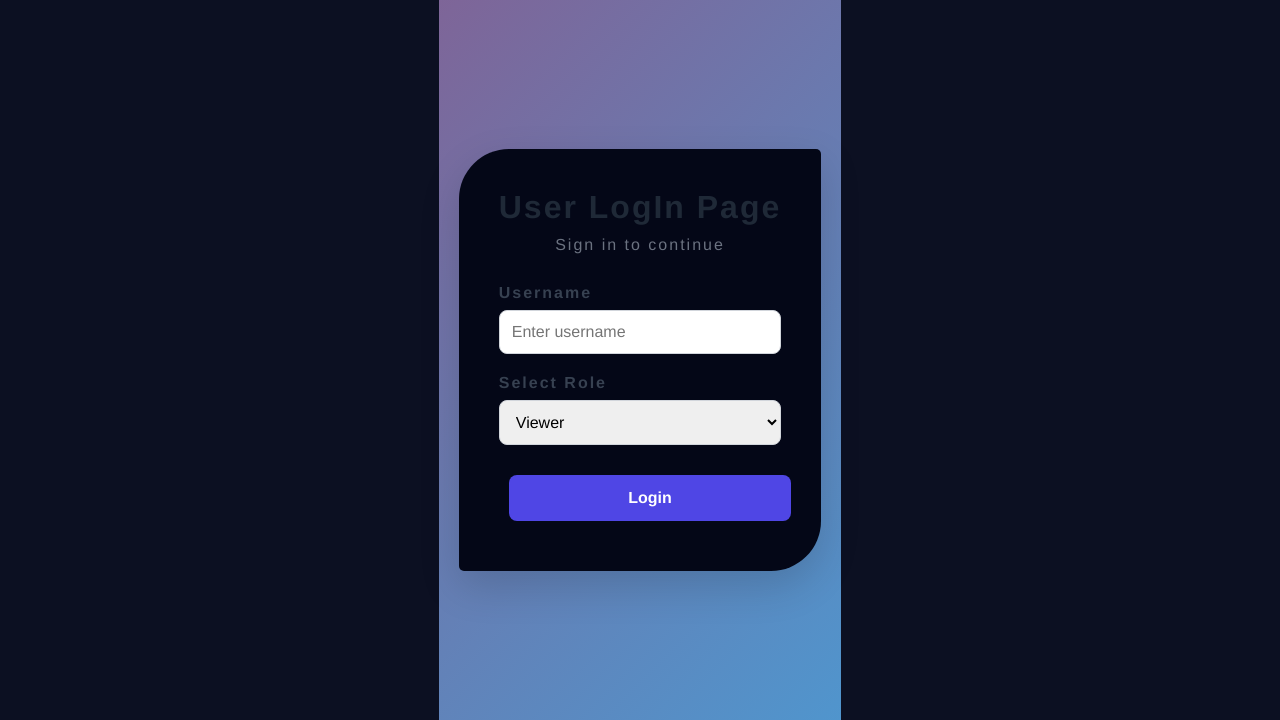
Repository: SolomonChinonso/myUserDashboard
Page: / (app in my-user-dashboard-app/)
An editor plug-in stored every save of this project. The page is shown before and after a run of saves, followed by the edit.
The browser window is 1280 px wide. The pictures show the whole page.
The project was rebuilt for these pictures with package versions that can differ from the ones it lists, and the page was loaded fresh each time. Also part of the build but not shown: my-user-dashboard-app/vite.config.ts, my-user-dashboard-app/src/App.css, my-user-dashboard-app/src/pages/Dashboard.tsx, my-user-dashboard-app/src/pages/Profile.tsx, my-user-dashboard-app/src/pages/Settings.tsx, my-user-dashboard-app/src/components/Navbar.tsx, my-user-dashboard-app/src/components/ProtectedRoute.tsx.

Above is the page before, as saved 2026-05-30 14:49:10.

### my-user-dashboard-app/index.html
<!doctype html>
<html lang="en">
  <head>
    <meta charset="UTF-8" />
    <link rel="icon" type="image/svg+xml" href="/favicon.svg" />
    <meta name="viewport" content="width=device-width, initial-scale=1.0" />
    <title>my-user-dashboard-app</title>
  </head>
  <body>
    <div id="root"></div>
    <script type="module" src="/src/main.tsx"></script>
  </body>
</html>

### my-user-dashboard-app/src/main.tsx
import React from "react";
import ReactDOM from "react-dom/client";
import App from "./App";
import { BrowserRouter } from "react-router-dom";
import { AuthProvider } from "./context/AuthProvider"
import "./index.css"


ReactDOM.createRoot(document.getElementById("root")!).render(
  <React.StrictMode>
    <BrowserRouter>
      <AuthProvider>
        <App />
      </AuthProvider>
    </BrowserRouter>
  </React.StrictMode>
);

### my-user-dashboard-app/src/App.tsx
import {
  Routes,
  Route,
  Navigate,
} from "react-router-dom";
import "./App.css"

import Login from "./pages/Login";
import Dashboard from "./pages/Dashboard";
import Profile from "./pages/Profile";
import Settings from "./pages/Settings";

import Navbar from "./components/Navbar";
import ProtectedRoute from "./components/ProtectedRoute";

import { useAuth } from "./hooks/useAuth";

function App() {
  const { user } = useAuth();

  return (
    <div className="app-section">
      {user && <Navbar />}

      <Routes>
        {/* Redirect homepage to login */}
        <Route
          path="/"
          element={<Navigate to="/login" replace />}
        />

        <Route
          path="/login"
          element={<Login />}
        />

        <Route
          path="/dashboard"
          element={
            <ProtectedRoute>
              <Dashboard />
            </ProtectedRoute>
          }
        />

        <Route
          path="/profile"
          element={
            <ProtectedRoute>
              <Profile />
            </ProtectedRoute>
          }
        />

        <Route
          path="/settings"
          element={
            <ProtectedRoute adminOnly>
              <Settings />
            </ProtectedRoute>
          }
        />

        {/* Catch-all route */}
        <Route
          path="*"
          element={<Navigate to="/login" replace />}
        />
      </Routes>
    </div>
  );
}

export default App;

### my-user-dashboard-app/src/context/AuthProvider.tsx
import {
  useState,
  type ReactNode,
} from "react";

import type { User } from "../types/user";

import { AuthContext } from "./AuthContext";

interface AuthProviderProps {
  children: ReactNode;
}

export const AuthProvider = ({
  children,
}: AuthProviderProps) => {
  const [user, setUser] =
    useState<User | null>(null);

  const login = (userData: User) => {
    setUser(userData);
  };

  const logout = () => {
    setUser(null);
  };

  return (
    <AuthContext.Provider
      value={{
        user,
        login,
        logout,
      }}
    >
      {children}
    </AuthContext.Provider>
  );
};

### my-user-dashboard-app/src/index.css
*{
    margin: 0;
    padding: 0;
    font-family: 'Franklin Gothic Medium', 'Arial Narrow', Arial, sans-serif;
    box-sizing: border-box;
}
body{
    display: flex;
    justify-content: center;
    align-items: center;
    letter-spacing: 2px;
    background-color: #0c1022;
}

### my-user-dashboard-app/src/pages/Login.tsx
// import { useState } from "react";
// import { useNavigate } from "react-router-dom";
// import { useAuth } from "../hooks/useAuth";
// import "./Login.css"

// const Login = () => {
//   const [username, setUsername] = useState("");
//   const [role, setRole] = useState("Viewer");

//   const { login } = useAuth();
//   const navigate = useNavigate();

//   const handleLogin = () => {
//     login({
//       username,
//       role: role as "Admin" | "Editor" | "Viewer",
//     });

//     navigate("/dashboard");
//   };

//   return (
//     <div className="login-page">
//       <h1>Login</h1>

//       <input
//         type="text"
//         placeholder="Username"
//         value={username}
//         onChange={(e) => setUsername(e.target.value)}
//       />

//       <select
//         value={role}
//         onChange={(e) => setRole(e.target.value)}
//       >
//         <option>Admin</option>
//         <option>Editor</option>
//         <option>Viewer</option>
//       </select>

//       <button onClick={handleLogin}>
//         Login
//       </button>
//     </div>
//   );
// };

// export default Login;
import { useState } from "react";
import { useNavigate } from "react-router-dom";
import { useAuth } from "../hooks/useAuth";
import "./Login.css";

const Login = () => {
  const [username, setUsername] = useState("");
  const [role, setRole] = useState("Viewer");

  const { login } = useAuth();
  const navigate = useNavigate();

  const handleLogin = () => {
    login({
      username,
      role: role as "Admin" | "Editor" | "Viewer",
    });

    navigate("/dashboard");
  };

  return (
    <div className="login-page">
      <div className="login-card">
        <h1>User LogIn Page</h1>
        <p className="subtitle">
          Sign in to continue
        </p>

        <div className="form-group">
          <label>Username</label>
          <input
            type="text"
            placeholder="Enter username"
            value={username}
            onChange={(e) =>
              setUsername(e.target.value)
            }
          />
        </div>

        <div className="form-group">
          <label>Select Role</label>
          <select
            value={role}
            onChange={(e) =>
              setRole(e.target.value)
            }
          >
            <option>Admin</option>
            <option>Editor</option>
            <option>Viewer</option>
          </select>
        </div>

        <button
          className="login-btn"
          onClick={handleLogin}
        >
          Login
        </button>
      </div>
    </div>
  );
};

export default Login;

### my-user-dashboard-app/src/hooks/useAuth.ts
import { useContext } from "react";

import { AuthContext } from "../context/AuthContext";

export const useAuth = () => {
  const context = useContext(AuthContext);

  if (!context) {
    throw new Error(
      "useAuth must be used inside AuthProvider"
    );
  }

  return context;
};

### my-user-dashboard-app/src/context/AuthContext.ts
import { createContext } from "react";

import type { User } from "../types/user";

export interface AuthContextType {
  user: User | null;
  login: (user: User) => void;
  logout: () => void;
}
export const AuthContext =
  createContext<AuthContextType | null>(null);

### my-user-dashboard-app/src/pages/Login.css
/* Full page layout */
.login-page {
  min-height: 100vh;
  display: flex;
  justify-content: center;
  align-items: center;

  background: linear-gradient(
    135deg,
    #7e6598,
    #5095cd
  );

  padding: 20px;
}

/* Login card */
.login-card {
  width: 100%;
  max-width: 400px;
  height: 70%;
  background: #040717;
  padding: 40px;
  border-radius: 50px 5px;
  display: flex;
  flex-direction: column;
  justify-content: c;
  box-shadow: 0 15px 40px
    rgba(0, 0, 0, 0.15);

  text-align: center;
}

/* Heading */
.login-card h1 {
  margin-bottom: 10px;
  color: #1f2937;
}

.subtitle {
  color: #6b7280;
  margin-bottom: 30px;
}

/* Form group */
.form-group {
  display: flex;
  flex-direction: column;
  text-align: left;
  margin-bottom: 20px;
}

.form-group label {
  margin-bottom: 8px;
  font-weight: 600;
  color: #374151;
}

/* Inputs */
.form-group input,
.form-group select {
  padding: 12px;
  border: 1px solid #d1d5db;
  border-radius: 8px;

  font-size: 16px;
  outline: none;

  transition: 0.3s ease;
}

.form-group input:focus,
.form-group select:focus {
  border-color: #4f46e5;
  box-shadow: 0 0 0 3px
    rgba(79, 70, 229, 0.15);
}

/* Button */
.login-btn {
  width: 100%;
  padding: 14px;

  border: none;
  border-radius: 8px;

  background: #4f46e5;
  color: white;

  font-size: 16px;
  font-weight: bold;

  cursor: pointer;
  transition: 0.3s ease;
}

.login-btn:hover {
  background: #4338ca;
  transform: translateY(-2px);
}

### my-user-dashboard-app/src/components/Navbar.css
nav{
    background-color: rgb(154, 195, 231);
    display: flex;
    justify-content: space-between;
    align-items: center;
    margin: 20px;
    padding: 30px;
    max-width: 100vw;
    border-radius: 50px;

}
.links{
    display: flex;
    gap: 20px;

}
a{
    font-family: Arial, Helvetica, sans-serif;
    text-decoration: none;
    color: rgb(4, 4, 21);

}
button{
    font-size: 1rem;
    color: #4d4894;
    padding: 5px 20px;
    margin: 10px;
    border: 2px solid #0ff;
    border-radius: 50px;
    background: transparent;
    cursor: pointer;
    transition: 0.3s ease-in-out;
}
span{
    order: -1;
    background: white;
    color: rgb(22, 24, 86);
}

After the next 5 saves:
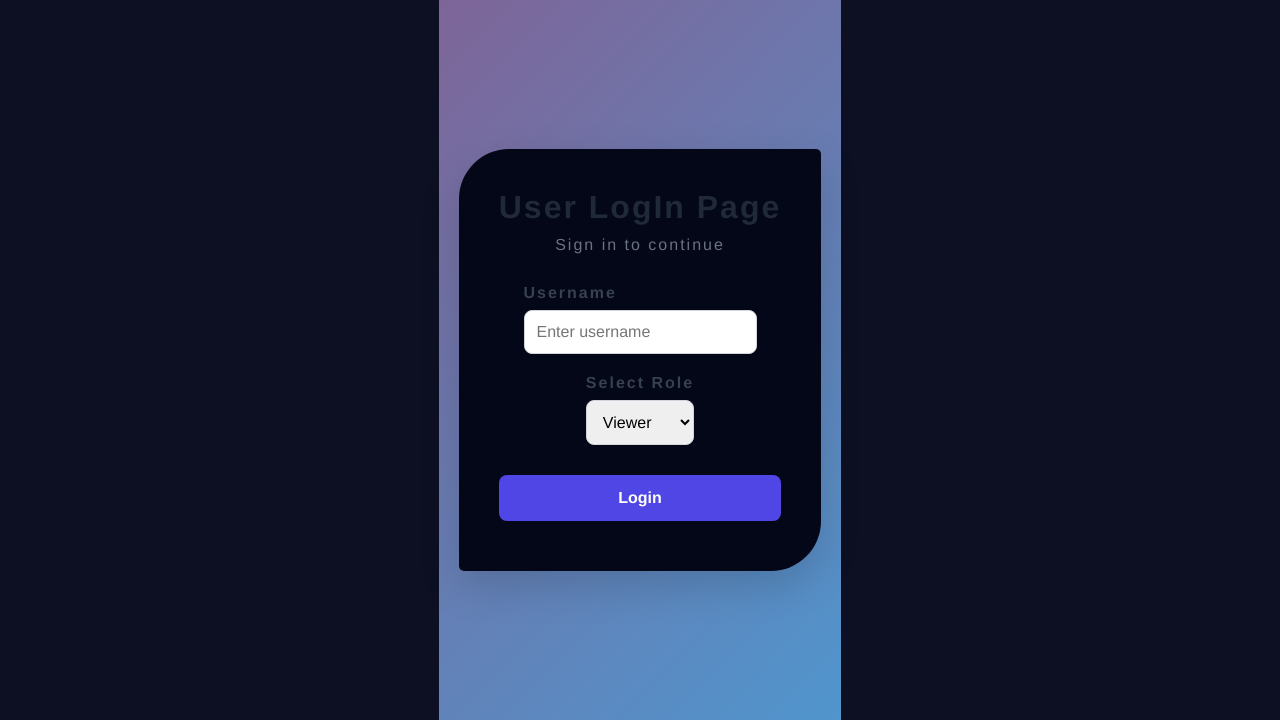
The 5 saves are shown as one change because they came seconds apart.
The last was saved 10 s later.
--- a/my-user-dashboard-app/src/pages/Login.css
+++ b/my-user-dashboard-app/src/pages/Login.css
@@ -24,7 +24,8 @@
   border-radius: 50px 5px;
   display: flex;
   flex-direction: column;
-  justify-content: c;
+  justify-content: center;
+  align-items: center;
   box-shadow: 0 15px 40px
     rgba(0, 0, 0, 0.15);
 
